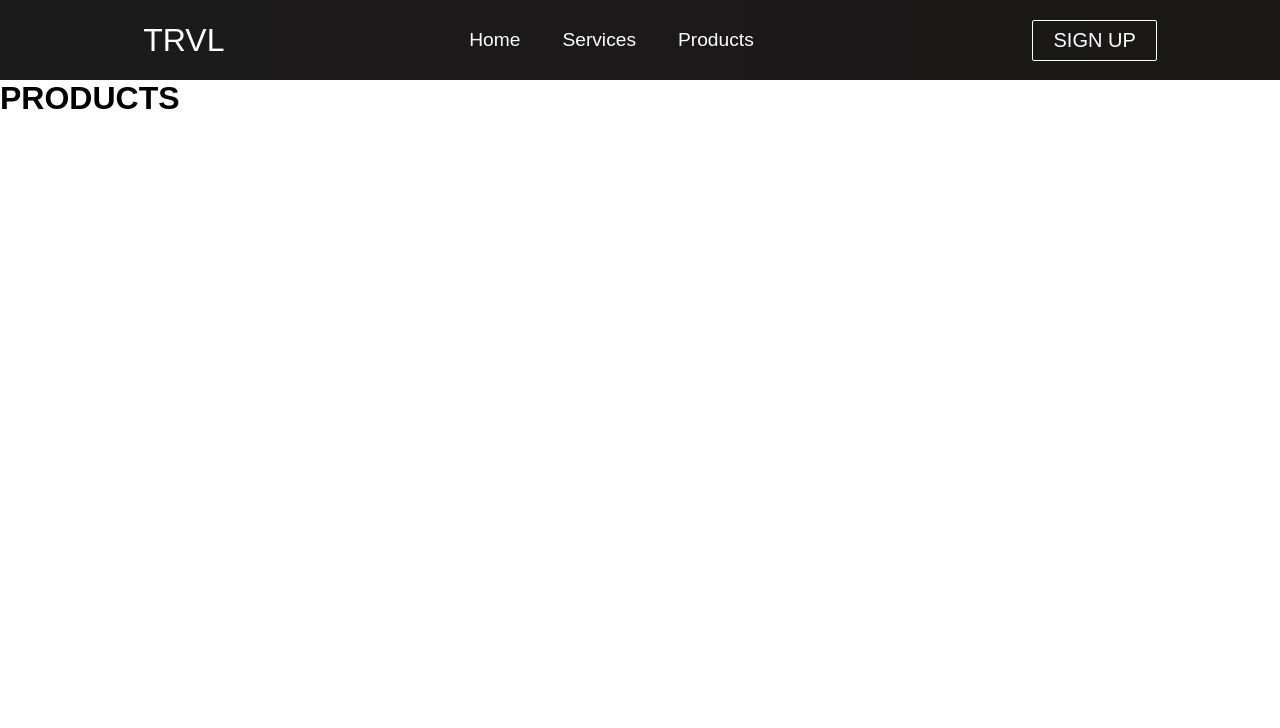
Repository: kate30980/practice-react-lp1
Page: /products
The author's editor kept a copy of each file at every save. The page is drawn from the files as they stood at one save, then again after the next save.
The browser window is 1280 px wide. The pictures show the whole page.
The project was rebuilt for these pictures with package versions that can differ from the ones it lists, and the page was loaded fresh each time. Also part of the build but not shown: src/components/HeroSection.js, src/components/CardItem.js, src/components/Cards.js, src/components/pages/Home.js, src/components/pages/Services.js, src/components/pages/SignUp.js.

Above is the page before, as saved 2021-09-25 15:25:44.

After the next save:
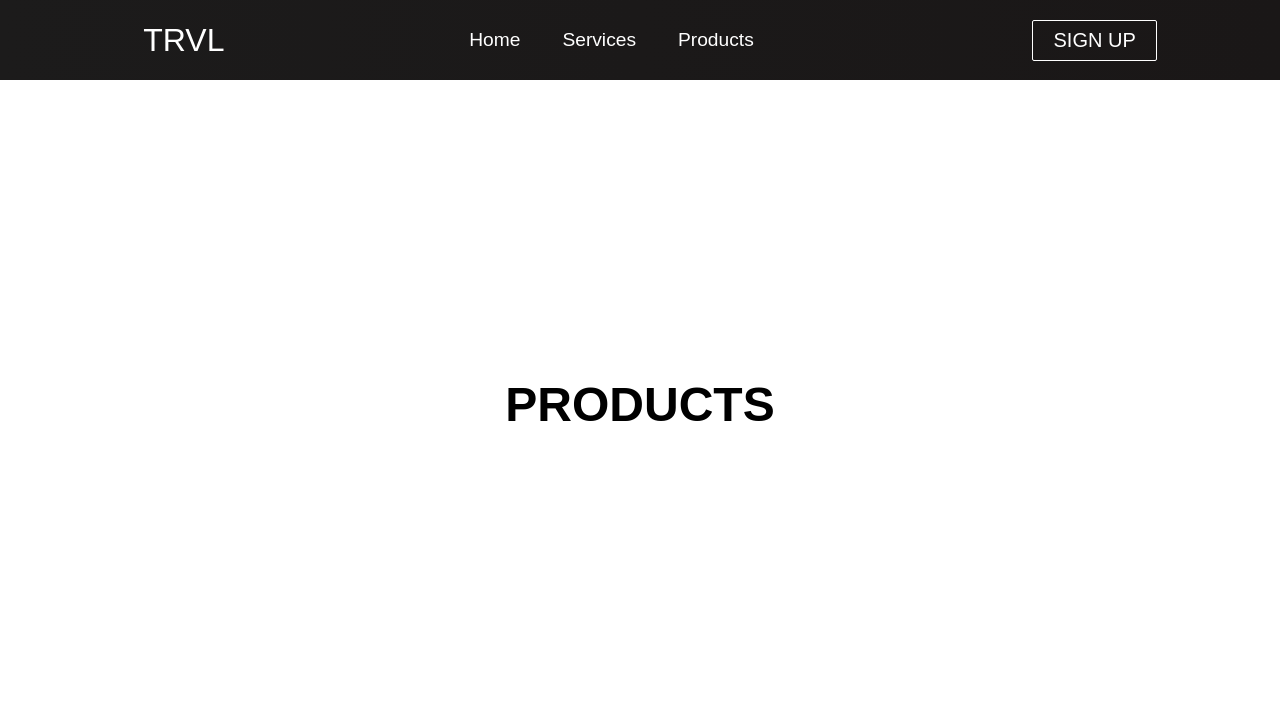
Saved 41 s later.
--- a/src/App.css
+++ b/src/App.css
@@ -6,5 +6,12 @@
   }
 
  .home,.services,.products,.sign-up{
-   display:flex;height: 90vh;
+   display:flex;
+   height: 90vh;
+   align-items: center;
+   justify-content: center;
+   font-size: 3rem;
  }
+ .services{
+   background-image: url('/images/img-2.jpg')
+ }
